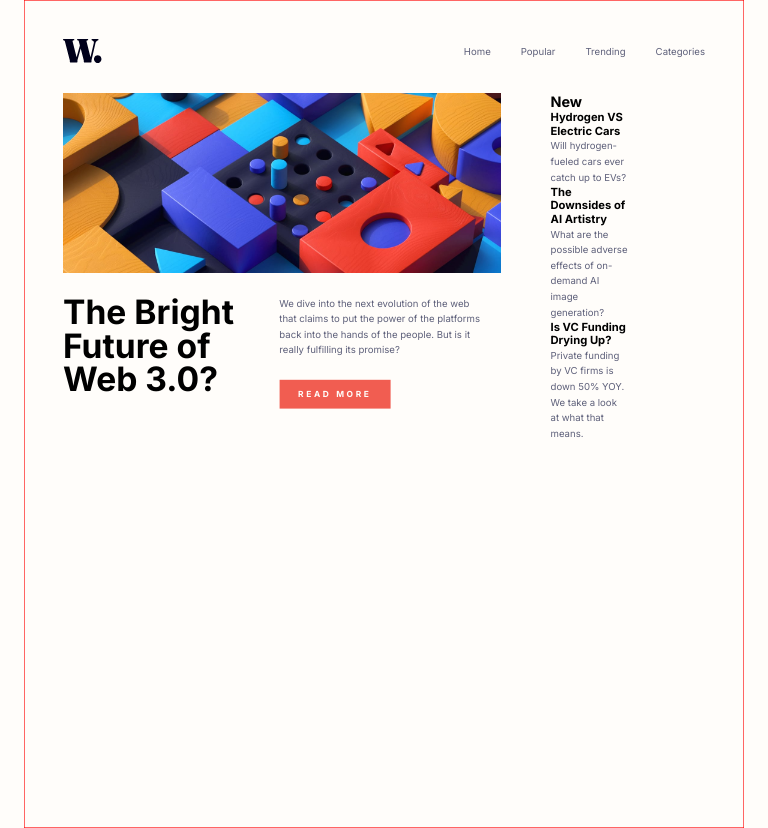
Repository: Arkitecth/news-webpage
Page: index.html
The author's editor kept a copy of each file at every save. The page is drawn from the files as they stood at one save, then again after the next save.
The browser window is 1280 px wide. The pictures show the whole page, at 60% of full size.

Above is the page before, as saved 2023-06-07 20:50:47.

After the next save:
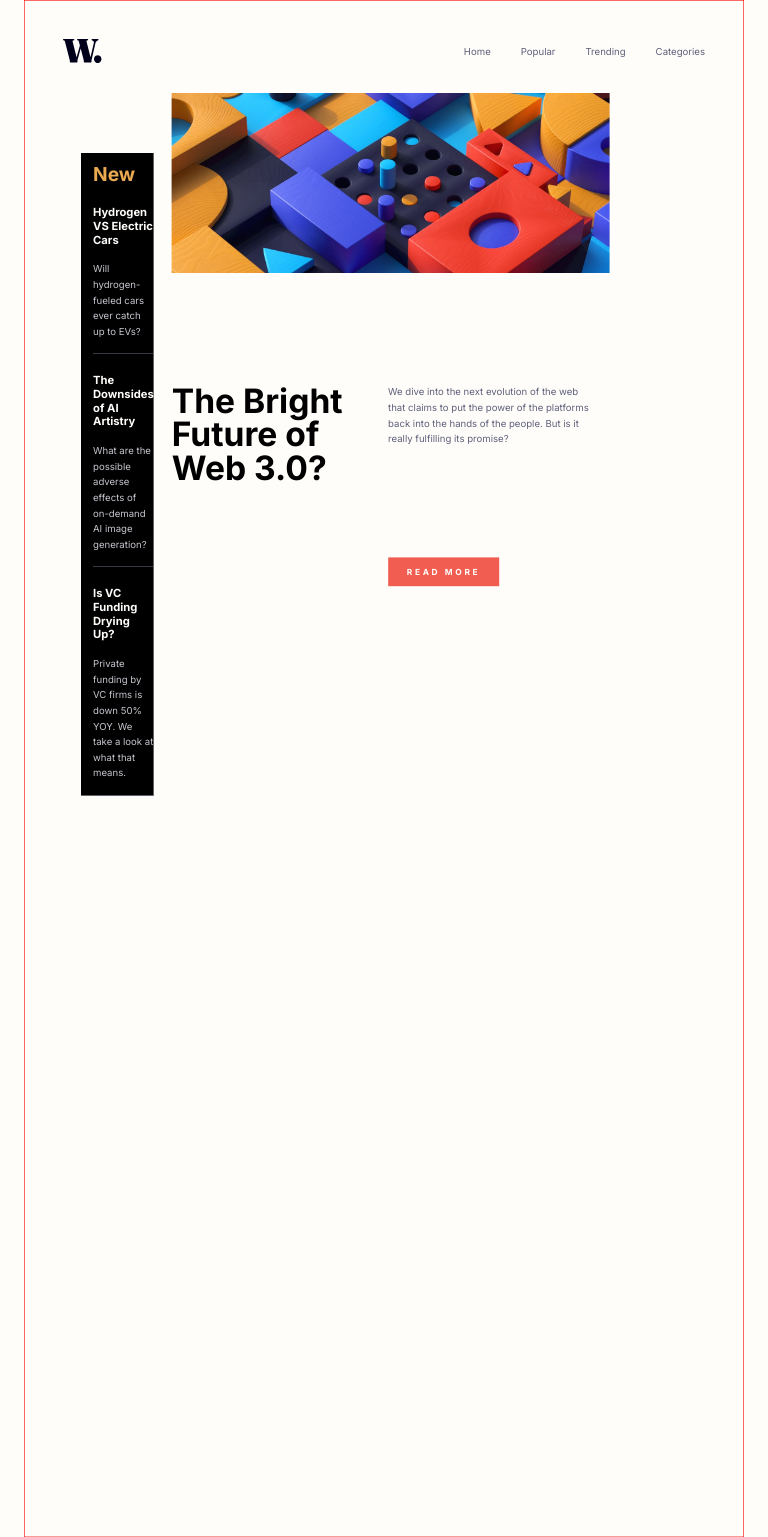
Saved 62 s later.
--- a/style.css
+++ b/style.css
@@ -128,13 +128,14 @@
 .showcase-card a {
     grid-row: 3;
 }
-/* /* .news-card {
+.news-card {
     display: grid;
     justify-content: center;
     background-color: black;
     color: #FFFDFA;
     margin: 100px 30px 0 30px;
     padding-left: 20px;
+    grid-row: 1;
 }
 
 .news-card h2 {
@@ -152,6 +153,4 @@
     padding-bottom: 1.5rem;
     border-bottom: 1px solid #5E607A;
     color: #C5C6CE;
-} */
-
- */
+}
